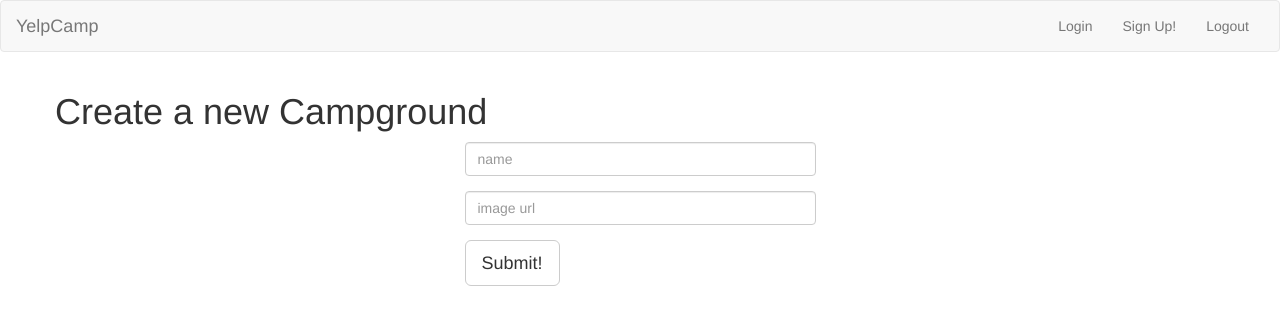
Repository: karanagg262/The-Web-Development-Bootcamp
Page: http://localhost/campgrounds/new
The author's editor kept a record of every edit. The page is drawn from the files as they stood at one moment, then again after the next edit.
The browser window is 1280 px wide. The pictures show the whole page.
The page is served by the project's Node server (yelpcamp/v1/app.js).

Above is the page before.

### Backend and full scale projects/yelpcamp/v1/views/new.ejs
<%- include("partials/header") %>
<div class="container">
    <div class="row">
        <h1>Create a new Campground</h1>
        <div style="width: 30%; margin: 0 auto;">
            <form action="/campgrounds" method="POST">
            <div class="form-group">
                <input class="form-control" type="text" name="name" placeholder="name">
            </div>
            <div class="form-group">
                <input class="form-control" type="text" name="image" placeholder="image url">
            </div>
            <div class="form-group">
            <button class="btn btn-lg btn-default">Submit!</button>
        </div>

</form>

    </div>
</div>
<%- include("partials/footer") %>

### Backend and full scale projects/yelpcamp/v1/views/partials/header.ejs
<!DOCTYPE html>
<html>
    <head>
        <title>Yelpcamp</title>
        <link rel="stylesheet" href="https://maxcdn.bootstrapcdn.com/bootstrap/3.3.5/css/bootstrap.min.css">
    </head>
    <body>

        <nav class="navbar navbar-default">
            <div class="container-fluid">
                <div class="navbar-header">
                    <a class="navbar-brand" href="/">YelpCamp</a>
                </div>
                <div class="collapse navbar-collapse">
                    <ul class="nav navbar-nav navbar-right">
                        <li><a href="/">Login</a></li>
                        <li><a href="/">Sign Up!</a></li>
                        <li><a href="/">Logout</a></li>
                    </ul>
                </div>
            </div>
        </nav>

### Backend and full scale projects/yelpcamp/v1/views/partials/footer.ejs

    </body>
</html>

### Backend and full scale projects/yelpcamp/v1/app.js
var express = require("express");
var app = express();
var bodyparser = require("body-parser");

app.use(bodyparser.urlencoded({extended: true}));

app.set("view engine", "ejs");
var campgrounds = [
        {name: "Salmon Creek", image: "https://farm9.staticflickr.com/8442/7962474612_bf2baf67c0.jpg"},
        {name: "Granite Hill", image: "https://farm1.staticflickr.com/60/215827008_6489cd30c3.jpg"},
        {name: "Mountain Goat's Rest", image: "https://farm7.staticflickr.com/6057/6234565071_4d20668bbd.jpg"},
        {name: "Salmon Creek", image: "https://farm9.staticflickr.com/8442/7962474612_bf2baf67c0.jpg"},
        {name: "Granite Hill", image: "https://farm1.staticflickr.com/60/215827008_6489cd30c3.jpg"},
        {name: "Mountain Goat's Rest", image: "https://farm7.staticflickr.com/6057/6234565071_4d20668bbd.jpg"},
        {name: "Salmon Creek", image: "https://farm9.staticflickr.com/8442/7962474612_bf2baf67c0.jpg"},
        {name: "Granite Hill", image: "https://farm1.staticflickr.com/60/215827008_6489cd30c3.jpg"},
        {name: "Mountain Goat's Rest", image: "https://farm7.staticflickr.com/6057/6234565071_4d20668bbd.jpg"}
];

app.get("/", function(req, res){
   res.render("landing")
});

app.get("/campgrounds", function(req,res){
       res.render("campgrounds", {campgrounds, campgrounds});
});

app.post("/campgrounds", function(req, res){
    var name = req.body.name;
    var image = req.body.image;
    var newcamp = {name: name, image: image}
    campgrounds.push(newcamp);
    //res.send("You hit the butt");
    res.redirect("/campgrounds");
});

app.get("/campgrounds/new", function(req, res) {
    res.render("new.ejs");
})

app.listen(process.env.PORT, process.env.IP, function(){
    console.log("Yelp Camp Started");
});

After the next edit:
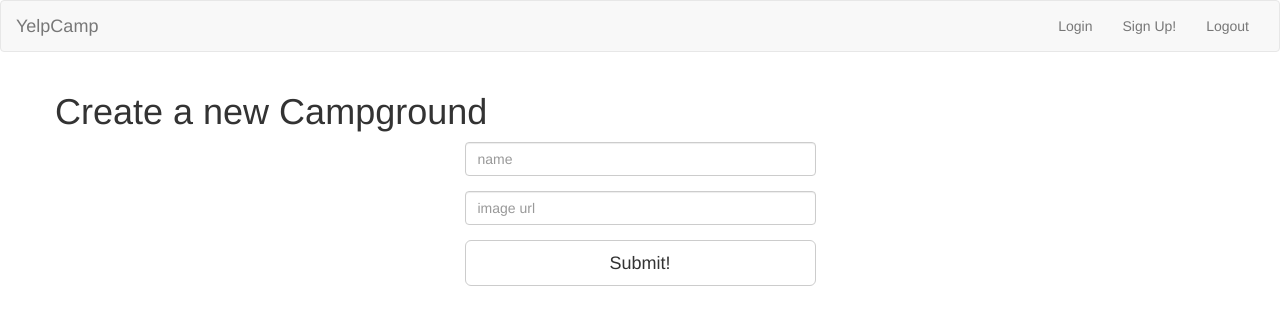
The edit:
--- a/Backend and full scale projects/yelpcamp/v1/views/new.ejs
+++ b/Backend and full scale projects/yelpcamp/v1/views/new.ejs
@@ -11,7 +11,8 @@
                 <input class="form-control" type="text" name="image" placeholder="image url">
             </div>
             <div class="form-group">
-            <button class="btn btn-lg btn-default">Submit!</button>
+            <button class="btn btn-lg btn-default btn-block">Submit!</button>
+            </div>
         </div>
 
 </form>
